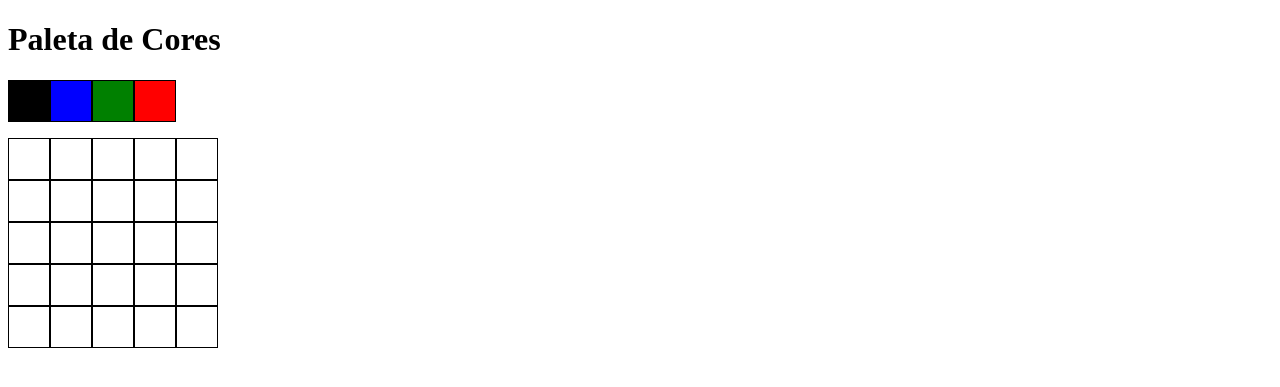
Repository: MuriloColleti/project-Pixer-Art
Page: index.html
These files come from the project's save history. The page is drawn as it stood at one moment and after the next save; the edit follows.
The browser window is 1280 px wide. The pictures show the whole page.
After loading, the first visible `div.pixel` was clicked once.

Above is the page before, as saved 2024-02-06 15:14:01.

### index.html
<!DOCTYPE html>
<html lang="en">
<head>
    <meta charset="UTF-8">
    <meta name="viewport" content="width=device-width, initial-scale=1.0">
    <link rel="stylesheet" href="style.css">
    <title>Paleta de Cores</title>
</head>

<body>
    <header> <h1 id="title"> Paleta de Cores </h1> </header>

<div class="pallet-container">
    <div class="square black color"></div>
    <div class="square blue color"></div>
    <div class="square green color"></div>
    <div class="square red color"></div>
</div>
    <main id="pixel-board"></main>

</body>

<script src="script.js"></script>

</html>

### style.css
.black{
    background-color: black;
}

.blue{
    background-color: blue;
}

.red{
    background-color: red;
}

.green{
    background-color: green;
}

.square{
    width: 40px;
    height: 40px;
    border: 1px solid black;
}

.pallet-container{
    display: flex;
    margin-bottom: 1rem;
}

.pixel{
    width: 40px;
    height: 40px;
    border: 1px solid black;
    display: flex;
}

#pixel-board{

    display: flex;
    flex-direction: column;
    justify-content: center;

}

.line{
    display: flex;
}

### script.js
var pixeltable = document.getElementById('pixel-board');

for (linha = 0; linha < 5; linha += 1) {

    var newLine = document.createElement('div')
    newLine.classList.add('line')
    pixeltable.appendChild(newLine);

    for (pixel = 0; pixel < 5; pixel += 1) {
        var newPixel = document.createElement('div')
        newPixel.classList.add('pixel')
        newPixel.addEventListener('click', paintpixel);
        newLine.appendChild(newPixel)
    }
}


function paintpixel() {
    this.style.backgroundColor = 'color';
}

After the next save:
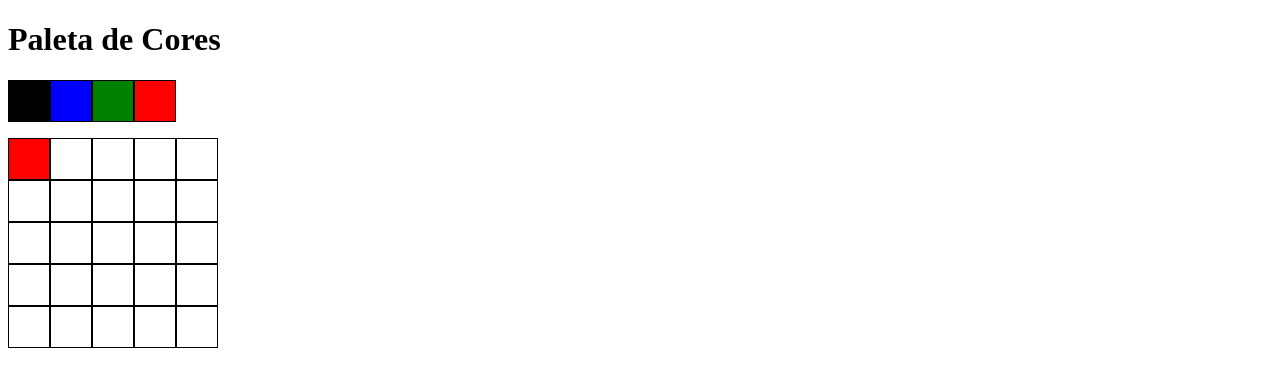
Saved 10 s later.
--- a/script.js
+++ b/script.js
@@ -16,5 +16,5 @@
 
 
 function paintpixel() {
-    this.style.backgroundColor = 'color';
+    this.style.backgroundColor = 'red';
 }
